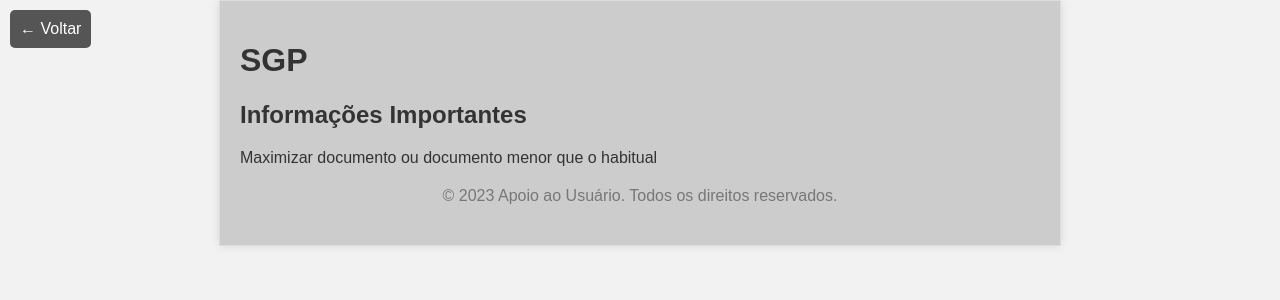
Repository: I4guito/dicasdez
Page: Dicas site/Dicas/SGP.html
An editor plug-in stored every save of this project. The page is shown before and after a run of saves, followed by the edit.
The browser window is 1280 px wide. The pictures show the whole page.

Above is the page before, as saved 2023-12-05 13:29:03.

After the next 2 saves:
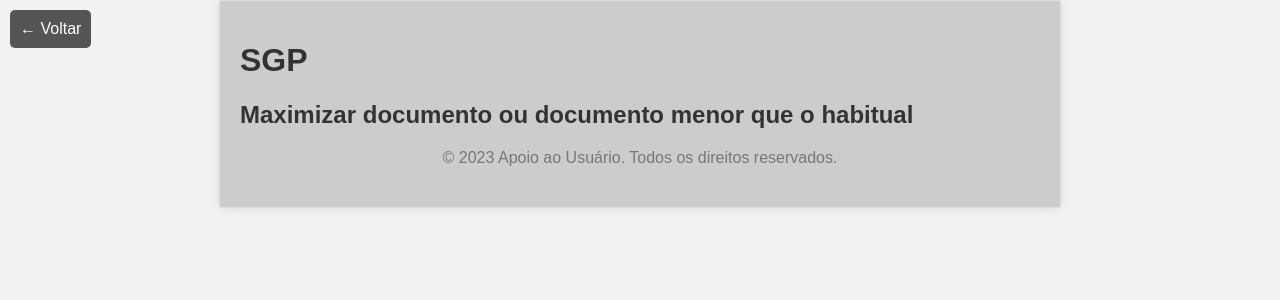
The 2 saves are shown as one change because they came seconds apart.
The last was saved 13 s later.
--- a/Dicas site/Dicas/SGP.html
+++ b/Dicas site/Dicas/SGP.html
@@ -14,8 +14,8 @@
             <h1>SGP</h1>
         </header>
         <section>
-            <h2>Informações Importantes</h2>
-            <p>Maximizar documento ou documento menor que o habitual</p>
+            <h2>Maximizar documento ou documento menor que o habitual</h2>
+            <p></p>
             <ul>
                 <li></li>
                 <li></li>
